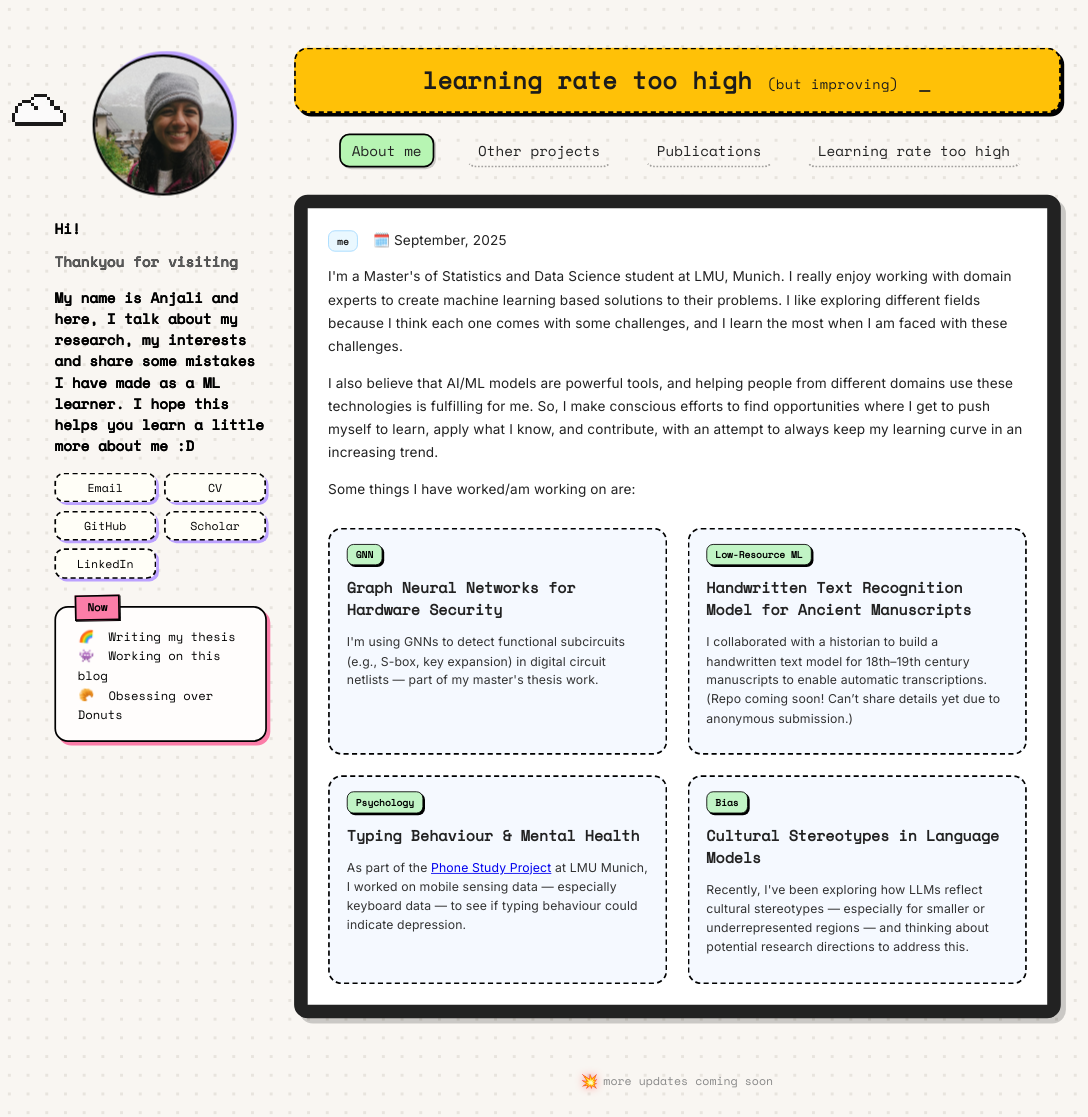
Repository: anjalisarawgi/learning_rate_too_high
Page: index.html
The author's editor kept a copy of each file at every save. The page is drawn from the files as they stood at one save, then again after the next save.
The browser window is 1280 px wide. The pictures show the whole page, at 85% of full size.

Above is the page before, as saved 2025-11-04 17:05:01.

After the next save:
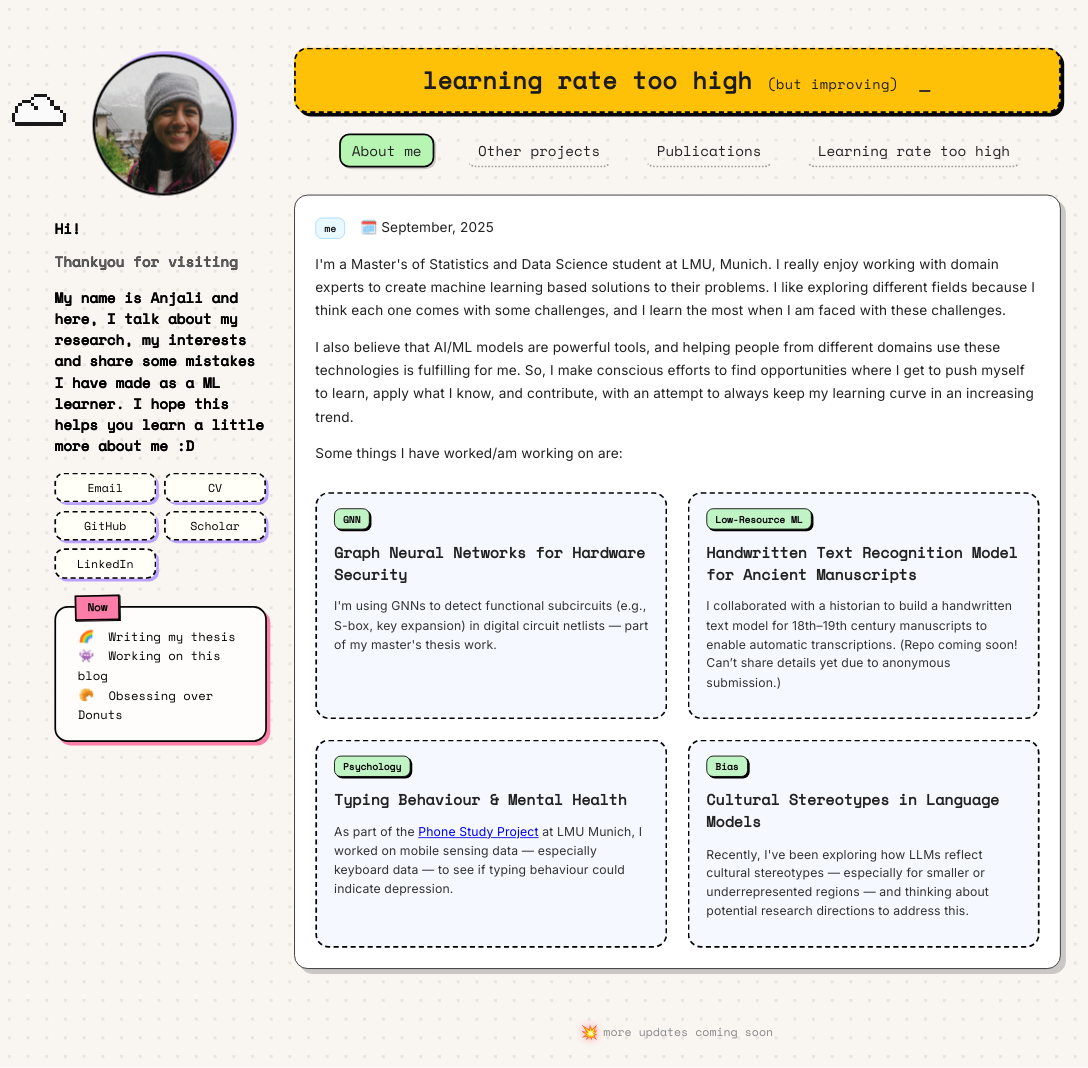
Saved 6 s later.
--- a/index.html
+++ b/index.html
@@ -96,7 +96,7 @@ nav a.active {
 
 .card {
       background: #fff;
-      border: 1rem solid #222;
+      border: 1.5px solid #222;
       border-radius: 1rem;
       box-shadow: 6px 6px 0 #00000030;
       padding: 1.5rem;
